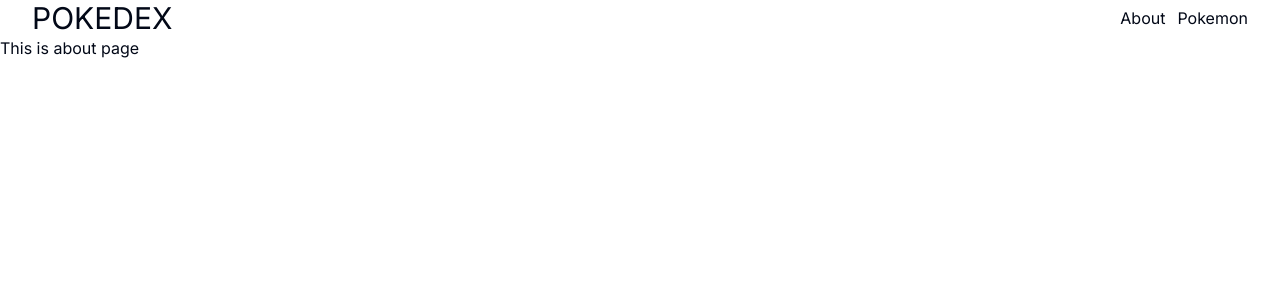
Repository: KilluaProject/pokedex
Page: /about
The author's editor kept a copy of each file at every save. The page is drawn from the files as they stood at one save, then again after the next save.
The browser window is 1280 px wide. The pictures show the whole page.
The project was rebuilt for these pictures with package versions that can differ from the ones it lists, and the page was loaded fresh each time. The framework's server and built-in components were replaced by stand-ins that run in the browser. Also part of the build but not shown: next.config.js.

Above is the page before, as saved 2023-07-01 16:09:01.

After the next save:
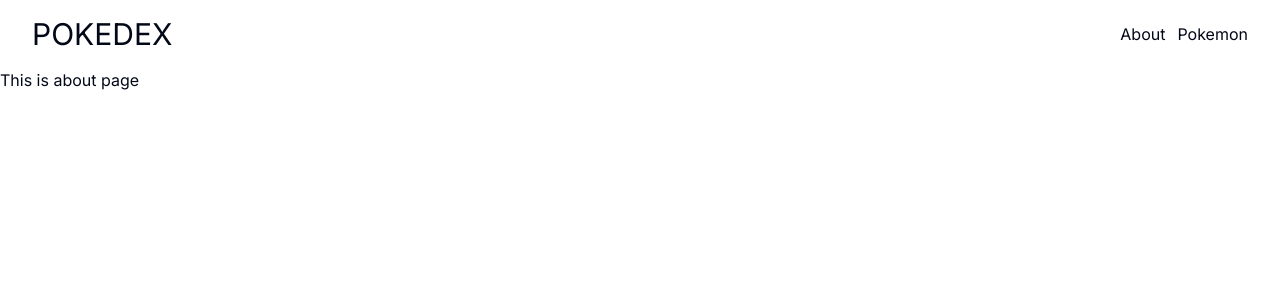
Saved 9 s later.
--- a/components/Navbar.tsx
+++ b/components/Navbar.tsx
@@ -3,7 +3,7 @@
 
 export default function Navbar() {
   return (
-    <div className="flex container justify-between mx-auto item-center ">
+    <div className="flex container justify-between mx-auto item-center py-4 ">
 
         <Link href="/">
 
